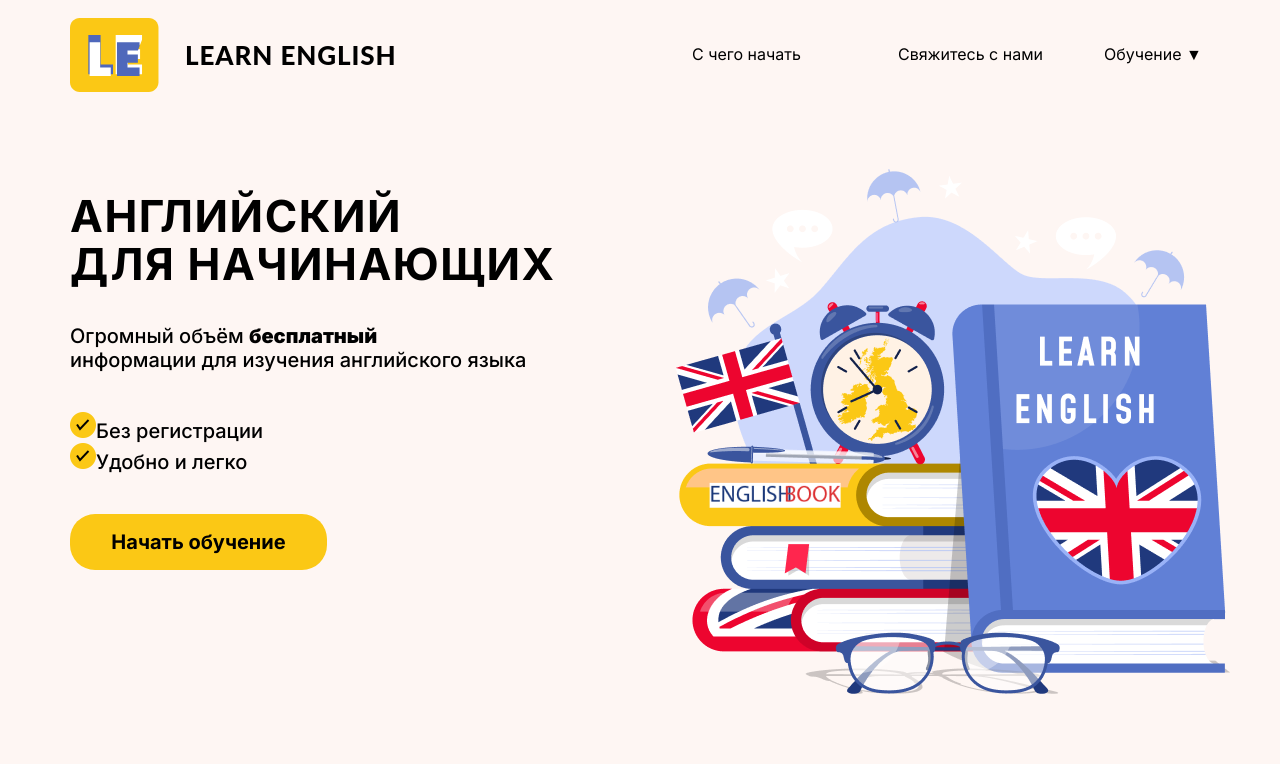
Repository: WladimirVA/Diplom
Page: scool/index.html
An editor plug-in stored every save of this project. The page is shown before and after the next save, followed by the edit.
The browser window is 1280 px wide. The pictures show the whole page.

Above is the page before, as saved 2023-07-06 18:04:37.

### scool/index.html
<!DOCTYPE html>
<html lang="en">
<head>
    <meta charset="UTF-8">
    <meta name="viewport" content="width=device-width, initial-scale=1.0">
    <link href="./css/index.css" rel="stylesheet" type="text/css">
    <link href="../static/css/fonts.css" rel="stylesheet" type="text/css">
    <title>Learn english</title>
</head>
<body>
    <header class="header" di="HOME">
        <div class="section">
            <div class="section-header">
                <div class="logo">
                    <img src="./img/Vector.svg">
                    <p>Learn english</p>
                </div>
                <div>

                    <ul class="ddropdownn">
                        <li class="ddropdownn-top">
                        <a class="ddropdownn-top" href="#">С чего начать</a>
                        </li>
                        <li class="ddropdownn-top">
                            <a class="ddropdownn-top" href="#">Свяжитесь с нами</a>
                        </li>
                        <li class="ddropdownn-top">
                        <a class="ddropdownn-top" href="#">Обучение &#9660;</a>
                            <ul class="ddropdownn-inside">
                                <li><a href="/">Карточки-слова</a></li>
                                <li><a href="/">Самоучитель</a></li>
                                <li><a href="/">Видео</a></li>
                                <li><a href="/">Тестирование</a></li>
                                <li><a href="/">Картинки</a></li>
                            </ul>
                        </li>

                    </ul>

                    <!-- <ul class="header-nav">
                        <li><a class="link" href="#ADVAN_TEST">С чего начать</a></li>
                        <li><a class="link" href="#LANGUAGE_LEVELS">Обучение &#9660;</a></li>
                        <li><a class="link" href="mailto:Vorobeyenglish@ya.ru">Свяжитесь с нами</a></li>
                         <li><a class="link" href="#">О проекте</a></li>
                    </ul> -->
                </div>
            </div>
        </div>
    </header>
    <main>
        <section class="BEGINNES">
            <div class="section">
                <div class="content-beginners">
                    <div class="beginners-inf">
                        <h1>Английский <br>для начинающих</h1>
                        <p>Огромный объём <span  style="font-weight:900"> бесплатный <br></span> информации для изучения английского языка</p>
                        <div>
                            <ul class="home_ul">
                                <li class="home_li"><img class="check" src="./img/Иконка _Галочка_ 3.svg">Без регистрации</li>
                                <li class="home_li"><img class="check" src="./img/Иконка _Галочка_ 3.svg">Удобно и легко</li>
                            </ul>
                        </div>
                        <div class="buttonsHome">
                            <form action="#" method="post">
                                <button class="button_home">Начать обучение</button>
                            </form>
                        </div>
                    </div>
                    <div class="beginners-img">
                        <img src="./img/BACKGROUND.png" alt="">
                    </div>
                </div>
            </div>
        </section>
    </main>

</body>
</html>

### scool/css/index.css
body {
    scroll-behavior: smooth;
    align-items: center;
    width: 100%;
    max-width: 1366px;
    margin: auto;
    font-family: 'Inter', 'Work Sans', "NunitoSans-Light", Arial, Helvetica, sans-serif;
}

.logo {
    display: flex;
    align-items: center;
}

.logo p {
    font-family: Lato;
    font-size: 26px;
    font-weight: 800;
    line-height: 48px;
    letter-spacing: 0.035em;
    text-align: left;
    text-transform: uppercase;
    padding-left: 1em;
}

/* .link {
    font-family: Inter;
    font-size: 16px;
    font-weight: 500;
    line-height: 20px;
    letter-spacing: 0em;
    padding-right: 60px;
    text-decoration: none;
    color: #000000;


}

.header-nav {
    display: flex;
    list-style-type: none;
    padding-top: 20px;
} */
/* Стили выпадающего списка */
ul.ddropdownn li {/* Считаем координаты относительно исходного места. */
    position: relative; }
ul.ddropdownn, ul.ddropdownn-inside {
    /* Отступы на нуле. */
    padding: 0;
    /* Маркеры уберем. */
    list-style-type: none;
    }
ul.ddropdownn-inside {
    /* Спрячем дочерние элементы выпадающего списка. */
    left: -9999px;
    position: absolute;
    }
ul.ddropdownn li.ddropdownn-top {
    /* Небольшой отступ. */
    margin: 20px 1px 0 0;
    /* Выравнивание по левой стороне. */
    float: left;
    display: inline;
    }
ul.ddropdownn li.ddropdownn-top a {
    /* Делаю элементы блочными. */
    display: block;
    /* Снова отступы. */
    padding: 3px 30px 4px;
    text-decoration: none;
    color: black;
    font-family: Inter;
    width: 145px;
    }
/* ul.ddropdownn a.ddropdownn-top {/* Цвет фона. */ background: #FEF6F3; } */
ul.ddropdownn a.ddropdownn-top:hover {/* Отступы. */ padding: 13px 20px 4px; }
ul.ddropdownn li.ddropdownn-top:hover .ddropdownn-inside {
    left: 0;
    /* Делаю элементы блочными. */
    display: block;
    }
ul.ddropdownn .ddropdownn-inside {/* Цвет фона. */ background: #FEF6F3; }
ul.ddropdownn .ddropdownn-inside a:hover {/* Цвет фона изменится при наведении. */
    background: #FEF6F3; }


@media screen and (max-width: 745px) {
    .header-nav {
        display: block;
        padding-top: 0px;
    }
}


.section-header {
    display: flex;
    justify-content: space-between;
    background-color: #FEF6F3;
    padding: 5px 0px 0 70px;

}

.BEGINNES {
    background: #FEF6F3;
}

.content-beginners {
    display: flex;
    justify-content: space-between;
}

.beginners-inf {
    padding: 50px 0 0 70px;
}

.beginners-inf h1 {
    font-family: Inter;
    font-size: 44px;
    font-weight: 700;
    line-height: 48px;
    letter-spacing: -0.08em;
    text-align: left;
    text-transform: uppercase;
    font-family: Inter;
    font-size: 44px;
    font-weight: 700;
    line-height: 48px;
    letter-spacing: 0.035em;
    text-align: left;
}

.content-beginners {
    font-family: Inter;
    font-size: 22px;
    font-weight: 700;
    line-height: 24px;
    letter-spacing: 0em;
    text-align: left;

    font-family: Inter;
    font-size: 22px;
    font-weight: 500;
    line-height: 24px;
    letter-spacing: 0em;
    text-align: left;

    font-family: Inter;
    font-size: 20px;
    font-weight: 500;
    line-height: 24px;
    letter-spacing: 0em;
    text-align: left;
}

.home_ul {
    list-style-type: none;
    padding: 20px 0 20px 0;
}

.button_home {
    font-family: Inter;
    font-size: 20px;
    font-weight: 700;
    line-height: 24px;
    letter-spacing: 0em;
    text-align: center;
    background:#FBC815;
    border-style: none;
    border-radius: 25px;
    width: 257px;
    height: 56px;
}

### static/css/fonts.css
/* @import url('https://fonts.googleapis.com/css2?family=Work+Sans:ital,wght@0,600;0,800;1,800&display=swap'); */


/* @import url('https://fonts.googleapis.com/css2?family=Inter:wght@400;500;600;700;800&family=Work+Sans:ital,wght@0,600;0,800;1,800&display=swap'); */


@import url('https://fonts.googleapis.com/css2?family=Inter:wght@100;200;300;400;500;600;700;800;900&display=swap');

@import url('https://fonts.googleapis.com/css2?family=Inter:wght@100;200;300;400;500;600;700;800;900&family=Work+Sans:ital,wght@0,100;0,200;0,300;0,400;0,500;0,600;0,700;0,800;0,900;1,100;1,200;1,300;1,400;1,500;1,600;1,700;1,800;1,900&display=swap');

After the next save:
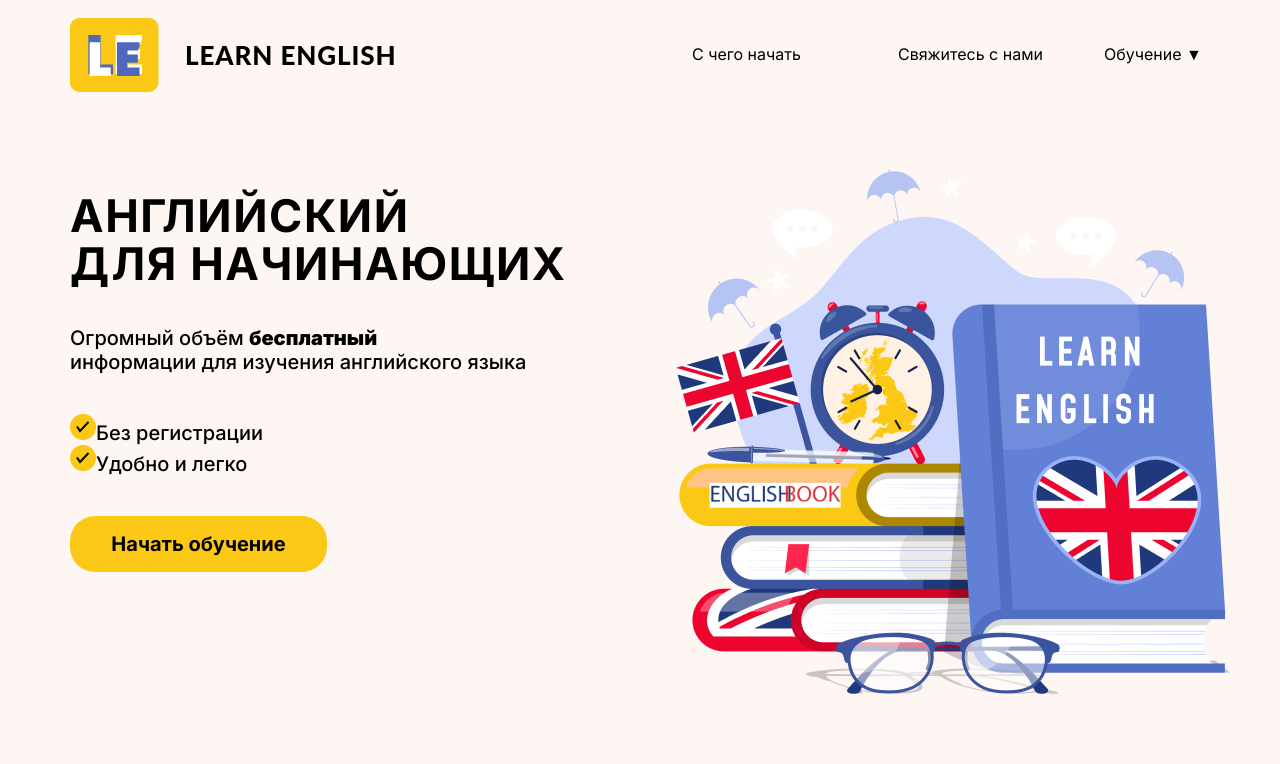
Saved 53 s later.
--- a/scool/css/index.css
+++ b/scool/css/index.css
@@ -122,7 +122,7 @@ ul.ddropdownn .ddropdownn-inside a:hover {/* Цвет фона изменитс
     text-align: left;
     text-transform: uppercase;
     font-family: Inter;
-    font-size: 44px;
+    font-size: 45px;
     font-weight: 700;
     line-height: 48px;
     letter-spacing: 0.035em;
